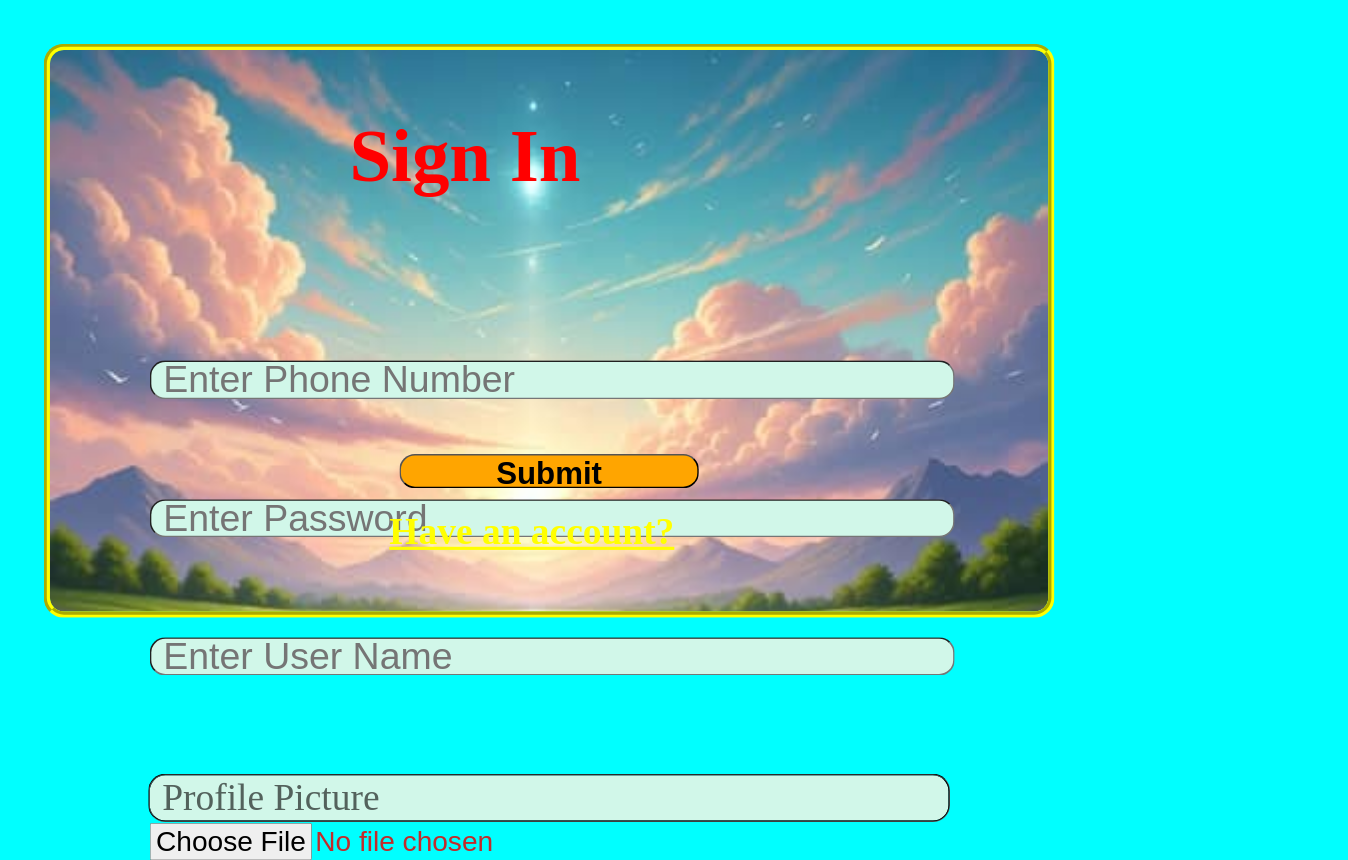
Repository: Amani-Kibet/express-app-web
Page: pages/signup/signIn.html
The author's editor kept a copy of each file at every save. The page is drawn from the files as they stood at one save, then again after the next save.
The browser window is 1280 px wide. The page is 1728 px wide, so the pictures cover 1728 px, including what lies to the right of the window. The pictures show the whole page, at 78% of full size.

Above is the page before, as saved 2025-09-28 16:49:49.

### pages/signup/signIn.html
<!DOCTYPE html>
<head>
  <title> Login Page</title>
  <style>
  #board{
    background: url(/pictures/p1.png);
    background-size: cover;
    width: 100vw;
    height: 100vh;
    border-radius: 18px;
    outline: 8px groove yellow;
    position: absolute;
    top: 4rem;
    left: 4rem;
  }
  h2{
    color: red;
    position: relative;
    left: 30%;
    font-size: 6rem
  }
  .inputs{
    width: 80%;
    height: 6%;
    position: relative;
    left: 10%;
    margin-top: 10%;
    border-radius: 20px;
    color: blue;
    font-size: 3em;
    background-color: rgb(209, 247, 233);
  }
  #picC{
    display: flex;
    flex-direction: column;
    gap: 10%;
    height: 8%;
    outline: 2px groove black;
    color: rgb(194, 43, 43);
  }
  #picI{
    font-size: 0.75em;
  }
  #picT{
    font-size: 1em;
    opacity: 0.6;
    font-style: normal;
    position: relative;
    left: 1rem;
    color: black;
  }
  #submit{
    background: orange;
    position: absolute;
    width: 30%;
    height: 6%;
    top: 72%;
    left: 35%;
    border-radius: 20px;
    font-size: 2.5em;
    font-weight: bold;
  }
  #msg{
    background: lightblue;
    width: 70%;
    height: 50%;
    border-radius: 10px;
    position: absolute;
    bottom: 30%;
    left: 15%;
    outline: 4px groove yellow;
    display: none;
  }
  .prog{
    border-radius: 100%;
    position: absolute;
    top: 4%;
    left: 4%;
    outline: 20px groove yellow;
    font-size: 8em;
  }
  #prog2{
      transform: rotateY(90deg)
  }
  #progC{
    transform-style: preserve-3d;
    animation: spin 4s ease-in-out infinite;
  }
  #msgT{
    position: relative;
    top: 36%;
    left: 10%;
    color: blue;
    font-weight: bold;
    font-size: 4em;
    width: 80%;
    height: 20%;
  }
  #loginT{
    position: relative;
    top: 20%;
    left: 12%;
    color: rgb(255, 60, 0);
    font-weight: 500;
    font-size: 5em;
    width: 80%;
    height: 25%;
  }
  .links{
    position: absolute;
    font-weight: 800;
    font-size: 3em;
    color: yellow;
    top: 82%;
    left: 34%
  }
  @keyframes spin{
    0%{transform: rotateY(0deg) rotateX(0deg) translateX(0px)}
    50%{transform: rotateY(360deg) rotateX(60deg) translateX(50px)}
    100%{transform: rotateY(0deg) rotateX(0deg) translateX(0px)}
  }
  </style>
</head>
<body bgColor="cyan">
  <div id="board">
    <h2>Sign In</h2>
    <input type="number" class="inputs" id="phoneI" placeholder=" Enter Phone Number">
    <input type="password" class="inputs" id="passI" placeholder=" Enter Password">
    <input type="text" class="inputs" id="nameI" placeholder=" Enter User Name">
    <div id="picC" class="inputs">
      <i id="picT">Profile Picture</i>
    <input id="picI" type="file" name="image">
    </div>
  <button id="submit" onclick="f1()">Submit</button>
  <a class="links" id="link1" href="/pages/signup/logIn.html">Have an account?</a>
    <div id="msg">
      <div id="progC">
        <div id="prog1" class="prog">🔴</div>
      <div id="prog2" class="prog">🟢</div>
      </div>
      <p id="loginT">Please wait...</p>
      <h3 id="msgT">No text returned</h3>
    </div>
  </div>
</body>
<script>
  let bt1= document.getElementById("submit")
  let msgT= document.getElementById("msgT")
  let msg= document.getElementById("msg")

function f1(){
  let phoneI= document.getElementById("phoneI").value;
  let passI= document.getElementById("passI").value;
  let nameI= document.getElementById("nameI").value;
  let picI= document.getElementById("picI").files[0];

  let folder= new FormData()
  folder.append("image", picI)
  folder.append("json", JSON.stringify({phone: `${phoneI}`, pass: `${passI}`, name: `${nameI}`}))


  fetch("/path1", {
    method: "POST",
    body: folder
  })
  .then(type=> type.text())
  .then(data=> {
  msg.style.display="block";
  msgT.innerHTML=`${phoneI} ${data}`
  setTimeout(()=>{
  msg.style.display="none";
  window.location.href="/pages/signup/login.html"
}, 8000);
})

  fetch("/path2", {
    method: "POST",
    body: env
  });

}
</script>
</html>

After the next save:
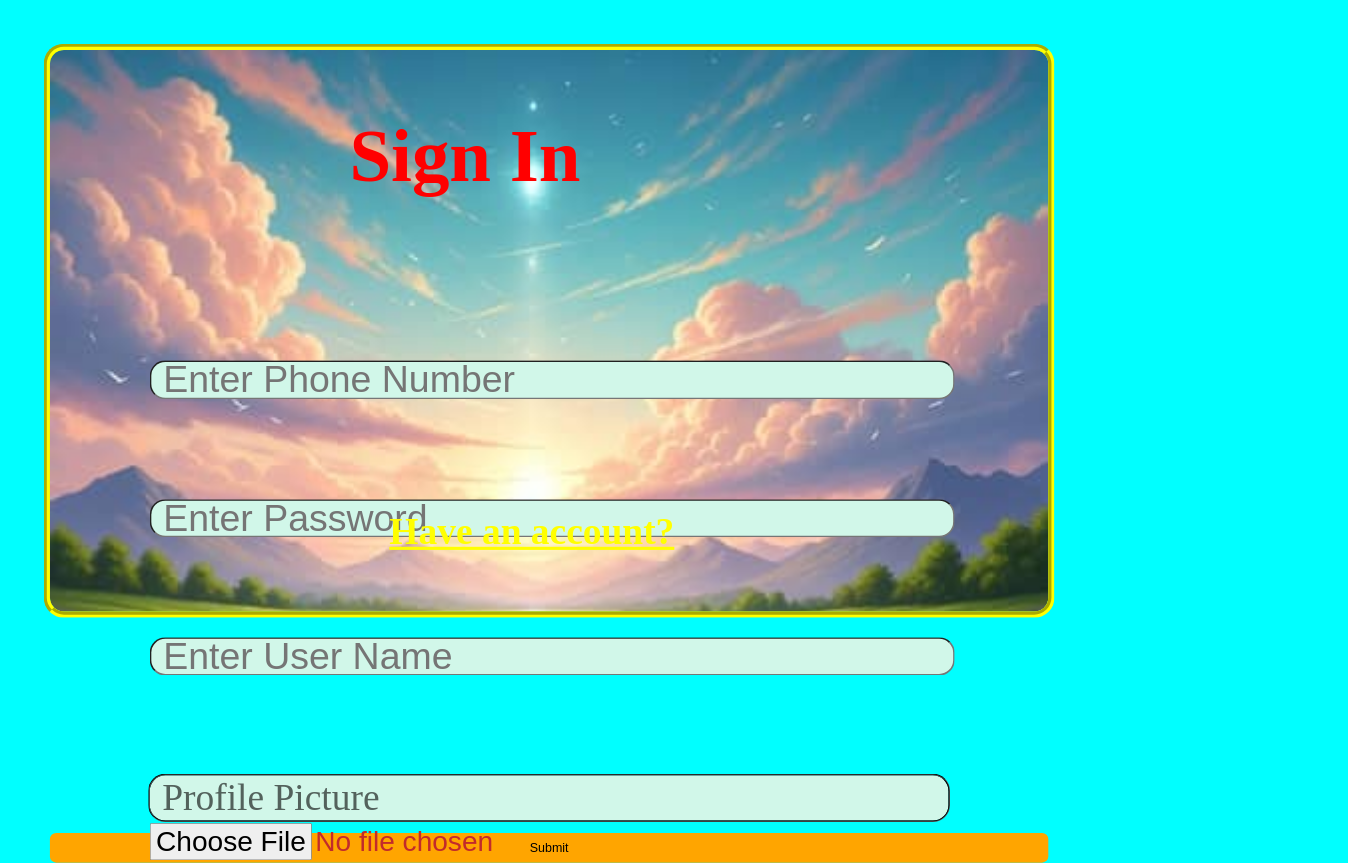
Saved 48 s later.
--- a/pages/signup/signIn.html
+++ b/pages/signup/signIn.html
@@ -50,15 +50,13 @@
     color: black;
   }
   #submit{
-    background: orange;
-    position: absolute;
-    width: 30%;
-    height: 6%;
-    top: 72%;
-    left: 35%;
-    border-radius: 20px;
-    font-size: 2.5em;
-    font-weight: bold;
+    background-color: orange;
+    padding: 10px;
+    border-radius: 8px;
+    margin-top: 1rem;
+    width: 100%;
+    border: none;
+    font-size: 16px;
   }
   #msg{
     background: lightblue;

After the save that followed:
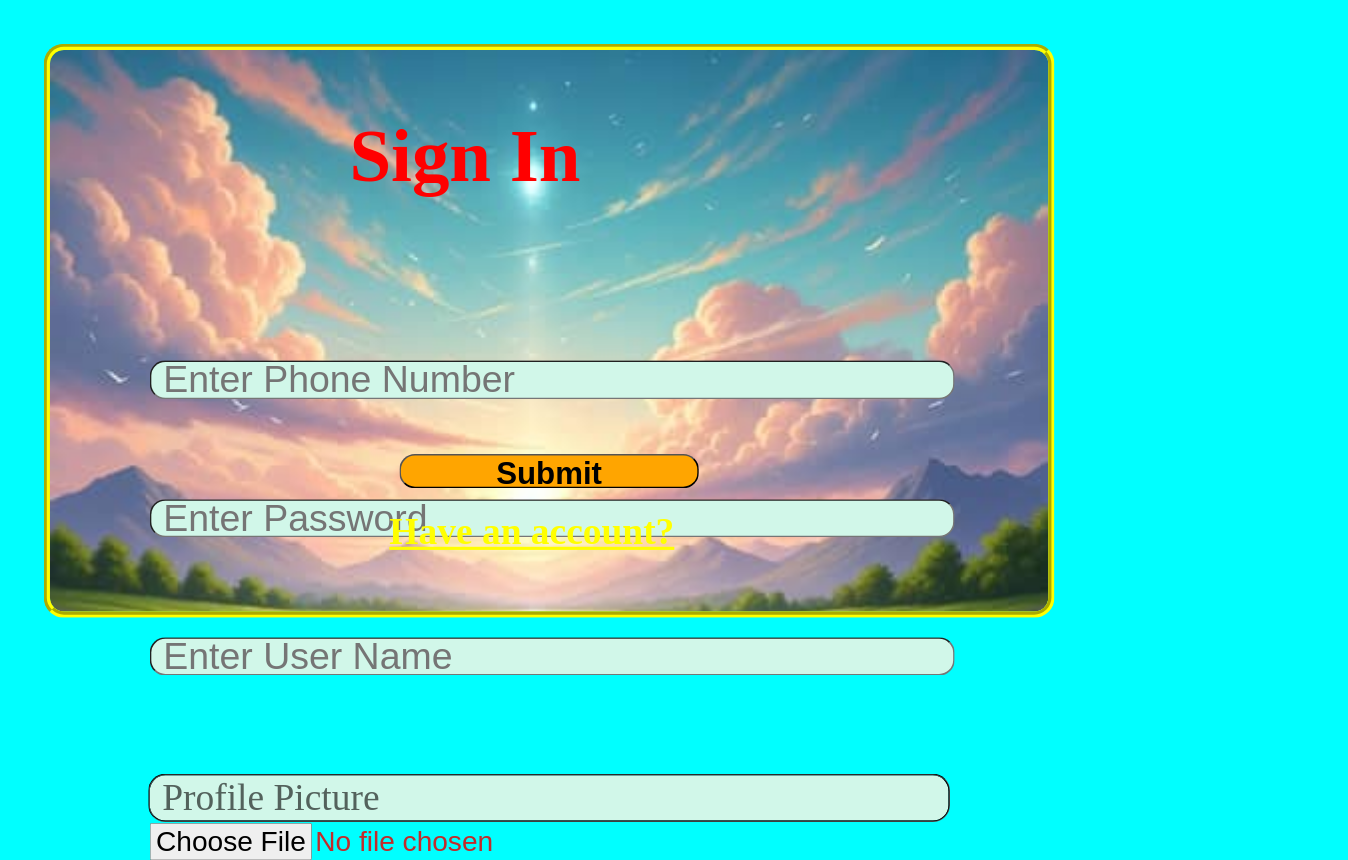
Saved 33 s later.
--- a/pages/signup/signIn.html
+++ b/pages/signup/signIn.html
@@ -50,13 +50,15 @@
     color: black;
   }
   #submit{
-    background-color: orange;
-    padding: 10px;
-    border-radius: 8px;
-    margin-top: 1rem;
-    width: 100%;
-    border: none;
-    font-size: 16px;
+    background: orange;
+    position: absolute;
+    width: 30%;
+    height: 6%;
+    top: 72%;
+    left: 35%;
+    border-radius: 20px;
+    font-size: 2.5em;
+    font-weight: bold;
   }
   #msg{
     background: lightblue;
